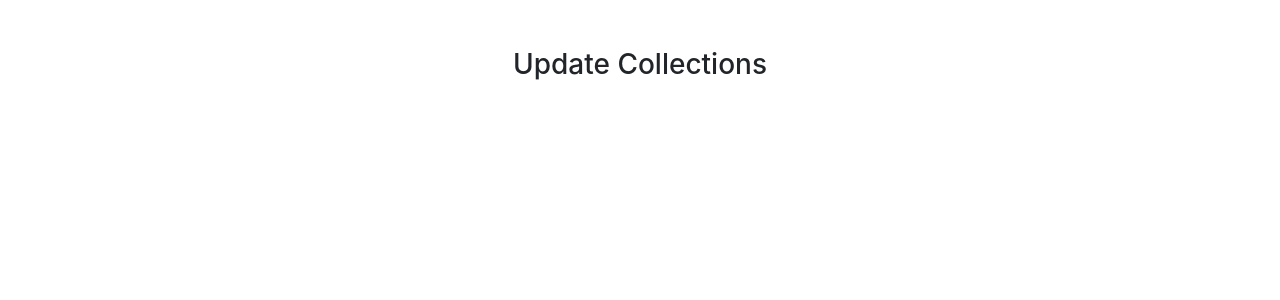
Repository: Temur-Sufiyanov/CBV
Page: http://localhost/author/1/books/edit/
These files come from the project's save history. The page is drawn as it stood at one moment and after the next save; the edit follows.
The browser window is 1280 px wide. The pictures show the whole page.
The page is served by the project's application, run on Django 5.2 (manage.py). Other server files are loaded and not shown. The page reads the database file committed with the project.

Above is the page before, as saved 2024-12-21 19:26:16.

### new_books/templates/new_books/author_books_edit.html
{% extends 'new_books/base.html' %}

{% block title %}
    Editing books for {{author_b.name}}
{% endblock title %}

{% block content %}
    <form action="" method="post" enctype="multipart/form-data">
        {% csrf_token %}
        <h3 class="text-center">Update Collections</h3>

    </form>
{% endblock content %}

### new_books/templates/new_books/base.html
<!DOCTYPE html>
<html lang="en">
<head>
    <meta charset="UTF-8">
    <meta name="viewport" content="width=device-width, initial-scale=1.0">
    <link rel="stylesheet" href="https://stackpath.bootstrapcdn.com/bootstrap/4.5.2/css/bootstrap.min.css">
    <title>{% block title %} Home {% endblock title %}</title>
</head>
<body>
    <main>
        <div class="container-fluid">
            <div class="d-flex align-items-center py-5">
                <div class="col-12 col-md-6 col-lg-4 mx-auto">
                    {% block content %}

                    {% endblock content %}
                </div>
            </div>
        </div>
    </main>
</body>
</html>

### new_books/models.py
from django.db import models
from django.urls import reverse
# Create your models here.

class Author(models.Model):
    name = models.CharField(null=False, blank=False, max_length=255)#

    def get_absolute_url(self):
        return reverse('books:author_detail', kwargs={'pk': self.pk})

    def __str__(self):
        return self.name


class Book(models.Model):
    name = models.CharField(null=False, blank=False, max_length=255)
    author = models.ForeignKey('Author', null=False, blank=False, on_delete=models.CASCADE, related_name='book_author')


    def __str__(self):
        return self.name

### new_books/views.py
from django.shortcuts import render, HttpResponseRedirect
from django.urls import reverse
from django.views.generic import (TemplateView, ListView, CreateView, DetailView, FormView)
from .models import Author
from django.contrib import messages
from django.views.generic.detail import SingleObjectMixin
from .forms import AuthorBooksFormset


class HomeView(TemplateView):
    template_name = 'new_books/home.html'


class AuthorView(ListView):
    model = Author
    template_name = 'new_books/author_list.html'
    context_object_name = 'authors'


class AuthorDetailView(DetailView):
    model = Author
    template_name = 'new_books/author_detail.html'
    context_object_name = 'auth'


class AuthorCreateview(CreateView):
    model = Author
    template_name = 'new_books/author_create.html'
    fields = ['name',]


    def form_valid(self, form):

        messages.add_message(
            self.request,
            messages.SUCCESS,
            'The Author has been created'
        )

        return super().form_valid(form)

class AuthorBooksEdit(SingleObjectMixin, FormView):

    model = Author
    template_name = 'new_books/author_books_edit.html'
    context_object_name = 'author_b'

    def get(self, request, *args, **kwargs):
        self.object = self.get_object(queryset=Author.objects.all())
        return super().get(request, *args, **kwargs)

    def post(self, request, *args, **kwargs):
        self.object = self.get_+object(queryset=Author.objects.all())
        return super().get(request, *args, **kwargs)

    def get_form(self, form_class = None):

        return AuthorBooksFormset(**self.get_form_kwargs(), instance = self.object)

    def form_valid(self, form):
        form.save()

        messages.add_message(
            self.request,
            messages.SUCCESS,
            'Changes were saved!'
        )

        return HttpResponseRedirect(self.get_success_url())

    def get_success_url(self):
        return reverse('books:author_detail')

### core/urls.py
"""
URL configuration for core project.

The `urlpatterns` list routes URLs to views. For more information please see:
    https://docs.djangoproject.com/en/5.1/topics/http/urls/
Examples:
Function views
    1. Add an import:  from my_app import views
    2. Add a URL to urlpatterns:  path('', views.home, name='home')
Class-based views
    1. Add an import:  from other_app.views import Home
    2. Add a URL to urlpatterns:  path('', Home.as_view(), name='home')
Including another URLconf
    1. Import the include() function: from django.urls import include, path
    2. Add a URL to urlpatterns:  path('blog/', include('blog.urls'))
"""
from django.contrib import admin
from django.urls import path, include

urlpatterns = [
    path('admin/', admin.site.urls),
    # path('', include('cbv.urls')),
    path('',include('new_books.urls', namespace='books' )),
]

### new_books/urls.py
from django.urls import path
from .views import (HomeView, AuthorView, AuthorCreateview, AuthorDetailView, AuthorBooksEdit)

app_name = 'books'

urlpatterns = [
    path('', HomeView.as_view(), name='home'),
    path('author/', AuthorView.as_view(), name='authors'),
    path('author/add/', AuthorCreateview.as_view(), name='add-author'),
    path('author/<int:pk>/', AuthorDetailView.as_view(), name='author_detail'),
    path('author/<int:pk>/books/edit/', AuthorBooksEdit.as_view(), name='author_books_edit'),
]

### db.sqlite3 (the tables this page reads, as SQL)
CREATE TABLE "new_books_author" ("id" integer NOT NULL PRIMARY KEY AUTOINCREMENT, "name" varchar(255) NOT NULL);
INSERT INTO "new_books_author" VALUES
(1, 'Temur Sufiyanov'),
(2, 'Farrukh Abdurakmonov'),
(3, 'Feruz Juraev'),
(4, 'Headphones'),
(5, 'Feruz'),
(6, 'Feruz!'),
(7, 'Artur');

After the next save:
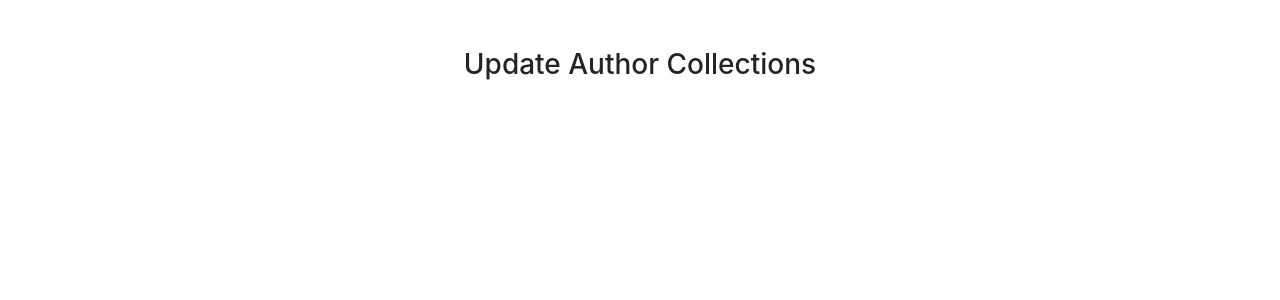
Saved 26 s later.
--- a/new_books/templates/new_books/author_books_edit.html
+++ b/new_books/templates/new_books/author_books_edit.html
@@ -7,7 +7,7 @@
 {% block content %}
     <form action="" method="post" enctype="multipart/form-data">
         {% csrf_token %}
-        <h3 class="text-center">Update Collections</h3>
+        <h3 class="text-center">Update Author Collections</h3>
 
     </form>
 {% endblock content %}
